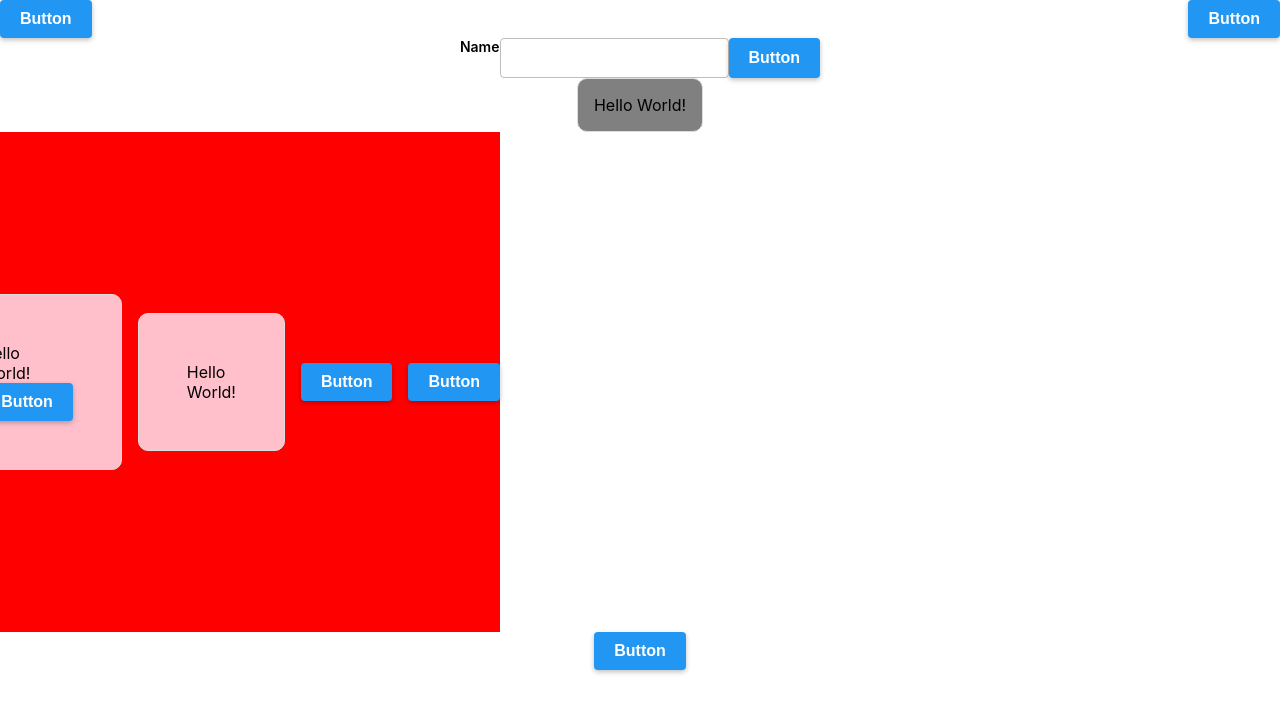
Repository: roistyx/react
Page: /layouts (app in layouts-app/)
These files come from the project's save history. The page is drawn as it stood at one moment and after the next save; the edit follows.
The browser window is 1280 px wide. The pictures show the whole page.
The project was rebuilt for these pictures with package versions that can differ from the ones it lists, and the page was loaded fresh each time.

Above is the page before, as saved 2023-04-27 14:32:47.

### layouts-app/src/App.js
import React from 'react';
import { Between, SpaceEvenly, Center } from './layouts/Line';
import { Btn } from './elements/Btn';
import { Rows } from './layouts/Line';
import SearchField from './elements/TextField';
import { AlignCenter } from './layouts/Line';
import { Box } from './layouts/Box';

export default function App() {
	return (
		<div>
			<Between>
				<Btn>Button</Btn>
				<Btn>Button</Btn>
			</Between>
			<Rows>
				<AlignCenter>
					<SearchField />
				</AlignCenter>
			</Rows>
			<Center>
				<Box bgColor="grey" borderRadius="10px" gap="1rem">
					<span>Hello World!</span>
				</Box>
			</Center>
			<SpaceEvenly>
				<Box bgColor="pink" borderRadius="10px" gap="3rem">
					<span>Hello World!</span>
				</Box>
				<Box bgColor="pink" borderRadius="10px" gap="3rem">
					<span>Hello World!</span>
				</Box>
				<Box bgColor="pink" borderRadius="10px" gap="3rem">
					<span>Hello World!</span>
					<Btn>Button</Btn>
				</Box>
				<Box bgColor="pink" borderRadius="10px" gap="3rem">
					<span>Hello World!</span>
				</Box>
				<Btn>Button</Btn>
				<Btn>Button</Btn>
			</SpaceEvenly>
			<Center>
				<Btn>Button</Btn>
			</Center>
		</div>
	);
}

### layouts-app/src/layouts/Line.js
import './Line.css';

export const Line = ({ children, addClass }) => {
	return <div className={`Line ${addClass || ''}`}>{children}</div>;
};

export const Between = (props) => {
	return <Line {...props} addClass="between" />;
};

export const Center = (props) => {
	return <Line {...props} addClass="center" />;
};

export const SpaceEvenly = (props) => {
	console.log('SpaceEvenly', SpaceEvenly);
	return <Line {...props} addClass="space-evenly" />;
};

export const Rows = (props) => {
	return <Line {...props} addClass="rows" />;
};

export const AlignStart = ({ children }) => {
	return <div className="AlignStart">{children}</div>;
};

export const AlignCenter = ({ children }) => {
	return <div className="AlignCenter">{children}</div>;
};

### layouts-app/src/elements/Btn.js
import { Button } from '@mui/material';
import './Btn.css';
export const Btn = ({ children }) => {
	return (
		<button className="Btn">
			<span>{children}</span>{' '}
		</button>
		// <Button variant="contained" color="primary">
		// 	{' '}
		// 	<span>{children}</span>{' '}
		// </Button>
	);
};

### layouts-app/src/elements/TextField.js
import '../elements/TextField.css';
import React from 'react';
import { Btn } from '../elements/Btn.js';
import { TextField } from '@mui/material';

const SearchField = () => {
	return (
		<div>
			<form class="text-field">
				<label for="name">Name</label>
				<input type="text" id="name" name="name" />
				<Btn>Button</Btn>
			</form>
		</div>
	);
};

export default SearchField;

### layouts-app/src/layouts/Box.js
import './Box.css';

export const Box = ({ bgColor, borderRadius, gap, children }) => {
	const style = {
		...(bgColor ? { '--background': bgColor } : {}),
		...(borderRadius ? { '--border-radius': borderRadius } : {}),
		...(gap ? { '--gap': gap } : {}),
	};

	return (
		<div className="Box" style={style}>
			{children}
		</div>
	);
};

### layouts-app/src/layouts/Line.css
.Line {
	display: flex;
	gap: var(--gap);
	height: 100%;
	align-items: center;
}

.Line.between {
	justify-content: space-between;
}

.Line.center {
	justify-content: center;
}

.space-evenly {
	justify-content: flex-end;
	background-color: red;
	height: 500px;
	width: 500px;
}

.Line.rows {
	flex-direction: column;
	align-items: stretch;
}

.AlignStart {
	align-self: flex-start;
}

.AlignCenter {
	align-self: center;
}

### layouts-app/src/elements/Btn.css
.Btn {
	display: inline-block;
	padding: 10px 20px;
	font-size: 16px;
	font-weight: 600;
	text-align: center;
	text-decoration: none;
	background-color: #2196f3;
	color: #fff;
	border-radius: 4px;
	border: none;
	cursor: pointer;
	box-shadow: 0px 2px 5px rgba(0, 0, 0, 0.25);
	transition: background-color 0.3s ease;
}
.Btn:hover {
	background-color: #0d6ec3;
}

### layouts-app/src/elements/TextField.css
.text-field {
	display: flex;
	flex-direction: row;
}

.text-field label {
	font-size: 14px;
	font-weight: 600;
	margin-bottom: 5px;
}

.text-field input {
	padding: 10px;
	font-size: 16px;
	border-radius: 4px;
	border: 1px solid #bdbdbd;
	transition: border-color 0.3s ease;
}
.text-field input:focus {
	outline: none;
	border-color: #2196f3;
}

### layouts-app/src/layouts/Box.css
:root {
	--background: green;
	--border: #ddd;
	--gap: 1rem;
	--border-radius: 0.25rem;
}

.Box {
	background-color: var(--background);
	border: 1px solid var(--border);
	padding: var(--gap);
	border-radius: var(--border-radius);
}

Loaded but not shown: layouts-app/public/index.html (common file); layouts-app/src/index.js (common file); layouts-app/src/index.css (common file); layouts-app/src/reportWebVitals.js (common file)

After the next save:
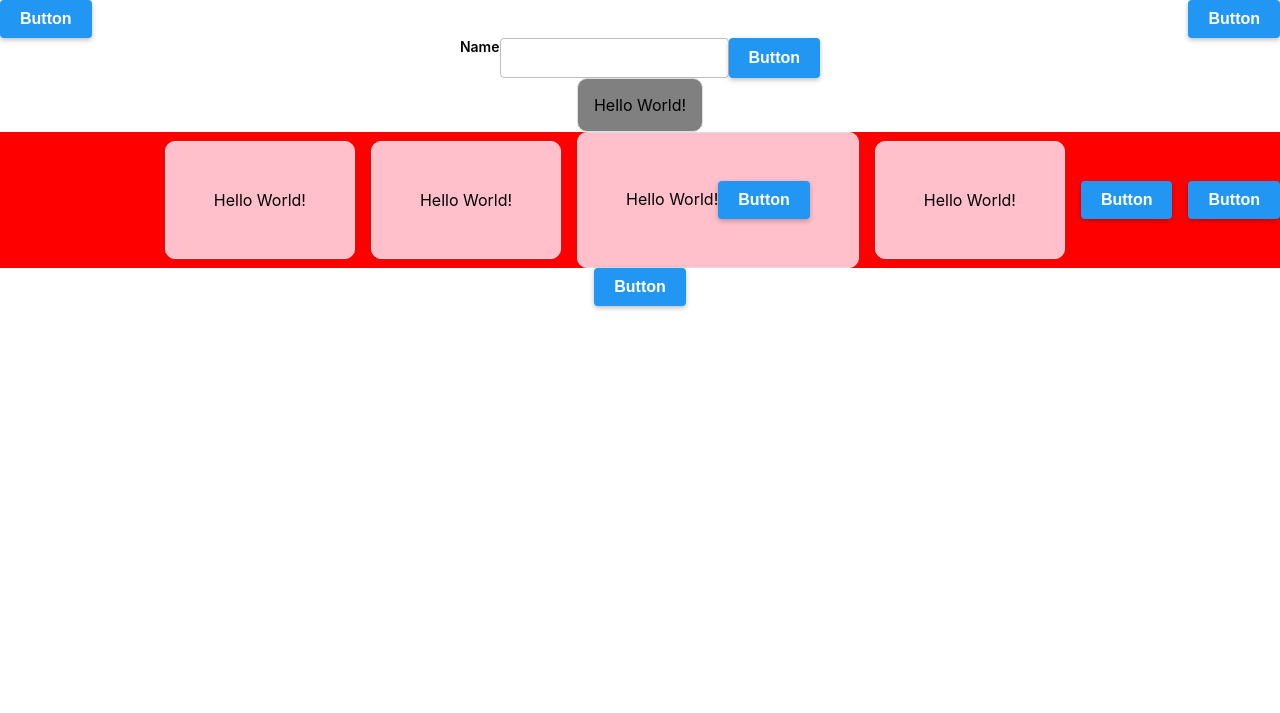
Saved 8 s later.
--- a/layouts-app/src/layouts/Line.css
+++ b/layouts-app/src/layouts/Line.css
@@ -16,8 +16,6 @@
 .space-evenly {
 	justify-content: flex-end;
 	background-color: red;
-	height: 500px;
-	width: 500px;
 }
 
 .Line.rows {
